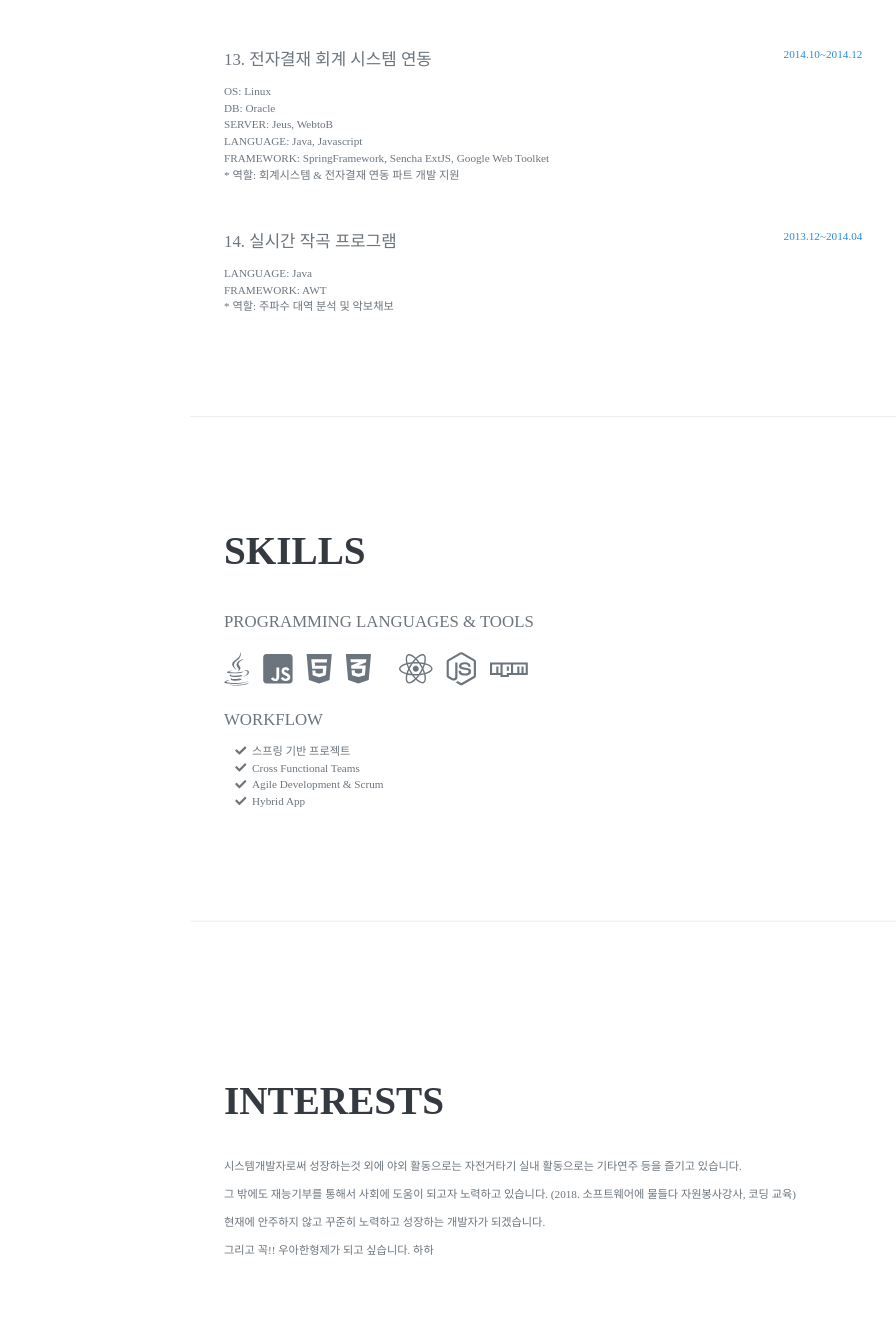
Repository: BlueOctober/mypage
Page: index.html
The author's editor kept a copy of each file at every save. The page is drawn from the files as they stood at one save, then again after the next save.
The browser window is 1280 px wide. The pictures show the part of the page from y = 3946 to 5866 px (the page is 5983 px tall), at 70% of full size.
Some web fonts or font styles are not loaded; a fallback is used.

Above is the page before, as saved 2021-02-16 22:05:37.

### index.html
<!DOCTYPE html>
<html lang="en">
    <head>
        <meta charset="utf-8" />
        <meta name="viewport" content="width=device-width, initial-scale=1, shrink-to-fit=no" />
        <meta name="description" content="" />
        <meta name="author" content="" />
        <title>BlueOctober</title>
        <link rel="icon" type="image/x-icon" href="assets/img/favicon.ico" />
        <!-- Font Awesome icons (free version)-->
        <script src="https://use.fontawesome.com/releases/v5.15.1/js/all.js" crossorigin="anonymous"></script>
        <!-- Google fonts-->
        <link href="https://fonts.googleapis.com/css?family=Saira+Extra+Condensed:500,700" rel="stylesheet" type="text/css" />
        <link href="https://fonts.googleapis.com/css?family=Muli:400,400i,800,800i" rel="stylesheet" type="text/css" />
        <!-- Core theme CSS (includes Bootstrap)-->
        <link href="css/styles.css" rel="stylesheet" />
    </head>
    <body id="page-top">
        <!-- Navigation-->
        <nav class="navbar navbar-expand-lg navbar-dark bg-primary fixed-top" id="sideNav">
            <a class="navbar-brand js-scroll-trigger" href="#page-top">
                <span class="d-block d-lg-none">JinHo KIM</span>
                <span class="d-none d-lg-block"><img class="img-fluid img-profile rounded-circle mx-auto mb-2" src="assets/img/profile.jpg" alt="" /></span>
            </a>
            <button class="navbar-toggler" type="button" data-toggle="collapse" data-target="#navbarSupportedContent" aria-controls="navbarSupportedContent" aria-expanded="false" aria-label="Toggle navigation"><span class="navbar-toggler-icon"></span></button>
            <div class="collapse navbar-collapse" id="navbarSupportedContent">
                <ul class="navbar-nav">
                    <li class="nav-item"><a class="nav-link js-scroll-trigger" href="#about">About</a></li>
                    <li class="nav-item"><a class="nav-link js-scroll-trigger" href="#experience">Experience</a></li>
                    <li class="nav-item"><a class="nav-link js-scroll-trigger" href="#skills">Skills</a></li>
                    <li class="nav-item"><a class="nav-link js-scroll-trigger" href="#interests">Interests</a></li>
                </ul>
            </div>
        </nav>
        <!-- Page Content-->
        <div class="container-fluid p-0">
            <!-- About-->
            <section class="resume-section" id="about">
                <div class="resume-section-content">
                    <h1 class="mb-0">
                        JINHO
                        <span class="text-primary">KIM</span>
                    </h1>
                    <div class="subheading mb-5">
                        010-6267-8329&nbsp;&nbsp;
                        <span style="text-transform:lowercase"><a href="mailto:azurepassion@naver.com">azurepassion@naver.com</a></span>
                    </div>
                    <h4><span style="color: rgb(46, 120, 199)">하늘색몽상</span></h4>
                    <p class="lead mb-5">몽상(夢想)
                        [명사]
                        1. 꿈속의 생각.
                        2. 실현성 없는 된 생각.
                        <br>
                        몽상은 실현성 없는 헛된 꿈이다.
                        <br>
                        하지만 나는 꿈을 향해
                        노력하다보면
                        언젠가 몽상에 한 걸음
                        다가갈 수 있다고 믿는다.
                        <br>
                        <span style="color: rgb(46, 120, 199);">하늘색몽상</span>은
                        실현성 없는 생각이 아닌
                        실현성 있는 의미있고 가치있는 생각이다. </p>
                    <div class="social-icons">
                        <a class="social-icon" href="#"><i class="fab fa-linkedin-in"></i></a>
                        <a class="social-icon" href="#"><i class="fab fa-github"></i></a>
                        <a class="social-icon" href="#"><i class="fab fa-twitter"></i></a>
                        <a class="social-icon" href="#"><i class="fab fa-facebook-f"></i></a>
                    </div>
                </div>
            </section>
            <hr class="m-0" />


            <!-- Experience-->
            <section class="resume-section" id="experience">
                <div class="resume-section-content">
                    <h2 class="mb-5">Experience</h2>

                    <div class="d-flex flex-column flex-md-row justify-content-between mb-5">
                        <div class="flex-grow-1">
                            <div class="subheading mb-3">01. 반려동물 택시 예약 서비스</div>
                            <p>
                                OS: Linux, ubuntu<br>
                                DB: MySQL<br>
                                SERVER: Tomcat, Apahce<br>
                                LANGUAGE: Java, Javascript, HTML, CSS<br>
                                FRAMEWORK: SpringFramework<br>
                                * 역할: 시스템 전반
                            </p>
                        </div>
                        <div class="flex-shrink-0"><span class="text-primary">2020.01~2020.02</span></div>
                    </div>

                    <div class="d-flex flex-column flex-md-row justify-content-between mb-5">
                        <div class="flex-grow-1">
                            <div class="subheading mb-3">02. 심리 치료 상담 서비스(앱+웹)</div>
                            <p>
                                OS: Linux<br>
                                DB: MySQL<br>
                                SERVER: Tomcat<br>
                                LANGUAGE: Java, Javascript, HTML, CSS<br>
                                FRAMEWORK: ReactNative, SpringFramework<br>
                                * 역할: 시스템 전반
                            </p>
                        </div>
                        <div class="flex-shrink-0"><span class="text-primary">2019.03~2020.02</span></div>
                    </div>

                    <div class="d-flex flex-column flex-md-row justify-content-between mb-5">
                        <div class="flex-grow-1">
                            <div class="subheading mb-3">03. 범농협 모바일 오피스 시스템(하이브리드 앱+관리자 웹)</div>
                            <p>
                                OS: Linux, Android, iOS<br>
                                DB: Oracle, Tibero<br>
                                SERVER: Jeus, WebtoB<br>
                                LANGUAGE: Java, Javascript, HTML, CSS<br>
                                FRAMEWORK: SpringFramework<br>
                                * 역할: 웹뷰영역 및 관리자시스템 전반
                            </p>
                        </div>
                        <div class="flex-shrink-0"><span class="text-primary">2019.09~2020.12</span></div>
                    </div>

                    <div class="d-flex flex-column flex-md-row justify-content-between mb-5">
                        <div class="flex-grow-1">
                            <div class="subheading mb-3">04. NHN티켓링크 정산시스템</div>
                            <p>
                                OS: Linux<br>
                                DB: MySQL<br>
                                SERVER: Tomcat, Apache<br>
                                LANGUAGE: Java, Javascript, HTML, CSS<br>
                                FRAMEWORK: SpringFramework<br>
                                * 역할: 시스템 전반
                            </p>
                        </div>
                        <div class="flex-shrink-0"><span class="text-primary">2018.01~2019.07</span></div>
                    </div>

                    <div class="d-flex flex-column flex-md-row justify-content-between mb-5">
                        <div class="flex-grow-1">
                            <div class="subheading mb-3">05. NHN벅스 파트너 시스템</div>
                            <p>
                                OS: Linux<br>
                                DB: Oracle<br>
                                SERVER: Tomcat, Apache<br>
                                LANGUAGE: Java, Javascript, HTML, CSS, NodeJS<br>
                                FRAMEWORK: SpringFramework<br>
                                * 역할: 영상 파트 개발
                            </p>
                        </div>
                        <div class="flex-shrink-0"><span class="text-primary">2017.07~2017.12</span></div>
                    </div>

                    <div class="d-flex flex-column flex-md-row justify-content-between mb-5">
                        <div class="flex-grow-1">
                            <div class="subheading mb-3">06. NHN벅스 메타데이터 관리 시스템</div>
                            <p>
                                OS: Linux<br>
                                DB: MySQL<br>
                                SERVER: Tomcat, Apache<br>
                                LANGUAGE: Java, Javascript, HTML, CSS, NodeJS<br>
                                FRAMEWORK: SpringFramework<br>
                                * 역할: 영상 파트 개발
                            </p>
                        </div>
                        <div class="flex-shrink-0"><span class="text-primary">2017.07~2017.12</span></div>
                    </div>

                    <div class="d-flex flex-column flex-md-row justify-content-between mb-5">
                        <div class="flex-grow-1">
                            <div class="subheading mb-3">07. NHN벅스 메타데이터 관리 시스템</div>
                            <p>
                                OS: Linux<br>
                                DB: MySQL<br>
                                SERVER: Tomcat, Apache<br>
                                LANGUAGE: Java, Javascript, HTML, CSS<br>
                                FRAMEWORK: SpringFramework<br>
                                * 역할: 영상 파트 개발
                            </p>
                        </div>
                        <div class="flex-shrink-0"><span class="text-primary">2017.07~2017.12</span></div>
                    </div>

                    <div class="d-flex flex-column flex-md-row justify-content-between mb-5">
                        <div class="flex-grow-1">
                            <div class="subheading mb-3">08. Spring Blog</div>
                            <p>
                                DB: MySQL<br>
                                SERVER: Tomcat<br>
                                LANGUAGE: Java, Javascript, HTML, CSS<br>
                                FRAMEWORK: SpringFramework<br>
                                * 역할: 개발전반 / Study용 Toy Project
                            </p>
                        </div>
                        <div class="flex-shrink-0"><span class="text-primary">2017.02~2017.03</span></div>
                    </div>

                    <div class="d-flex flex-column flex-md-row justify-content-between mb-5">
                        <div class="flex-grow-1">
                            <div class="subheading mb-3">09. 전자결재 시스템 일상감사</div>
                            <p>
                                OS: AIX<br>
                                DB: Oracle<br>
                                SERVER: Jeus, WebtoB<br>
                                LANGUAGE: Java, Javascript<br>
                                FRAMEWORK: SpringFramework, Sencha ExtJS, Google Web Toolket<br>
                                * 역할: 프로젝트 내 개발 전반
                            </p>
                        </div>
                        <div class="flex-shrink-0"><span class="text-primary">2016.05~2016.07</span></div>
                    </div>


                    <div class="d-flex flex-column flex-md-row justify-content-between mb-5">
                        <div class="flex-grow-1">
                            <div class="subheading mb-3">10. 전자결재 시스템 기록물 관리 고도화</div>
                            <p>
                                OS: Linux<br>
                                DB: Oracle<br>
                                SERVER: Jeus, WebtoB<br>
                                LANGUAGE: Java, Javascript<br>
                                FRAMEWORK: SpringFramework, Sencha ExtJS, Google Web Toolket<br>
                                * 역할: 프로젝트 내 개발 전반
                            </p>
                        </div>
                        <div class="flex-shrink-0"><span class="text-primary">2015.11~2016.02</span></div>
                    </div>

                    <div class="d-flex flex-column flex-md-row justify-content-between mb-5">
                        <div class="flex-grow-1">
                            <div class="subheading mb-3">11. 통합 로그인 시스템 구축 프로젝트</div>
                            <p>
                                OS: Linux<br>
                                DB: Oracle<br>
                                SERVER: Jeus, WebtoB<br>
                                LANGUAGE: Java, Javascript<br>
                                FRAMEWORK: SpringFramework, Sencha ExtJS, Google Web Toolket<br>
                                * 역할: HR 연동
                            </p>
                        </div>
                        <div class="flex-shrink-0"><span class="text-primary">2015.05~2015.09</span></div>
                    </div>

                    <div class="d-flex flex-column flex-md-row justify-content-between mb-5">
                        <div class="flex-grow-1">
                            <div class="subheading mb-3">12. 전자결재 문서보안 프로세스</div>
                            <p>
                                OS: HPUX<br>
                                DB: Oracle<br>
                                SERVER: Weblogic, Webtier<br>
                                LANGUAGE: Java, Javascript<br>
                                FRAMEWORK: SpringFramework, Sencha ExtJS, Google Web Toolket<br>
                                * 역할: 전자결재 보안 프로세스 개발
                            </p>
                        </div>
                        <div class="flex-shrink-0"><span class="text-primary">2014.12~2015.02</span></div>
                    </div>

                    <div class="d-flex flex-column flex-md-row justify-content-between mb-5">
                        <div class="flex-grow-1">
                            <div class="subheading mb-3">13. 전자결재 회계 시스템 연동</div>
                            <p>
                                OS: Linux<br>
                                DB: Oracle<br>
                                SERVER: Jeus, WebtoB<br>
                                LANGUAGE: Java, Javascript<br>
                                FRAMEWORK: SpringFramework, Sencha ExtJS, Google Web Toolket<br>
                                * 역할: 회계시스템 & 전자결재 연동 파트 개발 지원
                            </p>
                        </div>
                        <div class="flex-shrink-0"><span class="text-primary">2014.10~2014.12</span></div>
                    </div>

                    <div class="d-flex flex-column flex-md-row justify-content-between mb-5">
                        <div class="flex-grow-1">
                            <div class="subheading mb-3">14. 실시간 작곡 프로그램</div>
                            <p>
                                LANGUAGE: Java<br>
                                FRAMEWORK: AWT<br>
                                * 역할: 주파수 대역 분석 및 악보채보
                            </p>
                        </div>
                        <div class="flex-shrink-0"><span class="text-primary">2013.12~2014.04</span></div>
                    </div>
                </div>
            </section>
            <hr class="m-0" />
            <!-- Skills-->
            <section class="resume-section" id="skills">
                <div class="resume-section-content">
                    <h2 class="mb-5">Skills</h2>
                    <div class="subheading mb-3">Programming Languages & Tools</div>
                    <ul class="list-inline dev-icons">
                        <li class="list-inline-item"><i class="fab fa-java"></i></li>
                        <li class="list-inline-item"><i class="fab fa-js-square"></i></li>
                        <li class="list-inline-item"><i class="fab fa-html5"></i></li>
                        <li class="list-inline-item"><i class="fab fa-css3-alt"></i></li>
                        <li class="list-inline-item"></li>
                        <li class="list-inline-item"><i class="fab fa-react"></i></li>
                        <li class="list-inline-item"><i class="fab fa-node-js"></i></li>
                        <li class="list-inline-item"><i class="fab fa-npm"></i></li>
                    </ul>
                    <div class="subheading mb-3">Workflow</div>
                    <ul class="fa-ul mb-0">
                        <li>
                            <span class="fa-li"><i class="fas fa-check"></i></span>
                            스프링 기반 프로젝트
                        </li>
                        <li>
                            <span class="fa-li"><i class="fas fa-check"></i></span>
                            Cross Functional Teams
                        </li>
                        <li>
                            <span class="fa-li"><i class="fas fa-check"></i></span>
                            Agile Development & Scrum
                        </li>
                        <li>
                            <span class="fa-li"><i class="fas fa-check"></i></span>
                            Hybrid App
                        </li>
                    </ul>
                </div>
            </section>
            <hr class="m-0" />
            <!-- Interests-->
            <section class="resume-section" id="interests">
                <div class="resume-section-content">
                    <h2 class="mb-5">Interests</h2>
                    <p>시스템개발자로써 성장하는것 외에 야외 활동으로는 자전거타기 실내 활동으로는 기타연주 등을 즐기고 있습니다.</p>
                    <p>그 밖에도 재능기부를 통해서 사회에 도움이 되고자 노력하고 있습니다. (2018. 소프트웨어에 물들다 자원봉사강사, 코딩 교육)</p>
                    <p>현재에 안주하지 않고 꾸준히 노력하고 성장하는 개발자가 되겠습니다.</p>
                    <p>그리고 꼭!! 우아한형제가 되고 싶습니다. 하하</p>
                </div>
            </section>
            <hr class="m-0" />
        </div>
        <!-- Bootstrap core JS-->
        <script src="https://cdnjs.cloudflare.com/ajax/libs/jquery/3.5.1/jquery.min.js"></script>
        <script src="https://cdn.jsdelivr.net/npm/bootstrap@4.5.3/dist/js/bootstrap.bundle.min.js"></script>
        <!-- Third party plugin JS-->
        <script src="https://cdnjs.cloudflare.com/ajax/libs/jquery-easing/1.4.1/jquery.easing.min.js"></script>
        <!-- Core theme JS-->
        <script src="js/scripts.js"></script>
    </body>
</html>

### js/scripts.js
/*!
    * Start Bootstrap - Resume v6.0.2 (https://startbootstrap.com/theme/resume)
    * Copyright 2013-2020 Start Bootstrap
    * Licensed under MIT (https://github.com/StartBootstrap/startbootstrap-resume/blob/master/LICENSE)
    */
    (function ($) {
    "use strict"; // Start of use strict

    // Smooth scrolling using jQuery easing
    $('a.js-scroll-trigger[href*="#"]:not([href="#"])').click(function () {
        if (
            location.pathname.replace(/^\//, "") ==
                this.pathname.replace(/^\//, "") &&
            location.hostname == this.hostname
        ) {
            var target = $(this.hash);
            target = target.length
                ? target
                : $("[name=" + this.hash.slice(1) + "]");
            if (target.length) {
                $("html, body").animate(
                    {
                        scrollTop: target.offset().top,
                    },
                    1000,
                    "easeInOutExpo"
                );
                return false;
            }
        }
    });

    // Closes responsive menu when a scroll trigger link is clicked
    $(".js-scroll-trigger").click(function () {
        $(".navbar-collapse").collapse("hide");
    });

    // Activate scrollspy to add active class to navbar items on scroll
    $("body").scrollspy({
        target: "#sideNav",
    });
})(jQuery); // End of use strict

Loaded but not shown: css/styles.css (library)

After the next save:
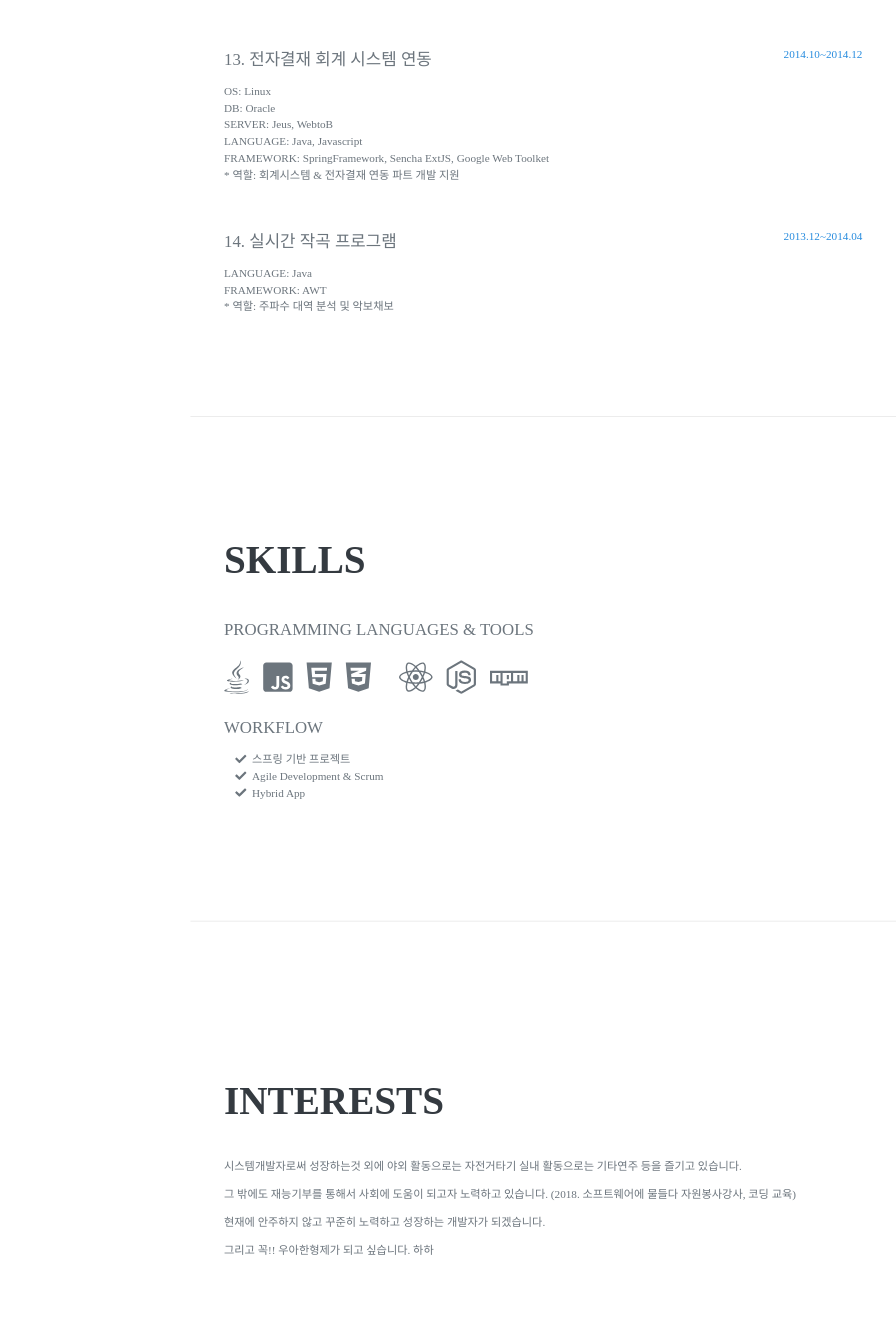
Saved 4 s later.
--- a/index.html
+++ b/index.html
@@ -309,10 +309,6 @@
                         </li>
                         <li>
                             <span class="fa-li"><i class="fas fa-check"></i></span>
-                            Cross Functional Teams
-                        </li>
-                        <li>
-                            <span class="fa-li"><i class="fas fa-check"></i></span>
                             Agile Development & Scrum
                         </li>
                         <li>
